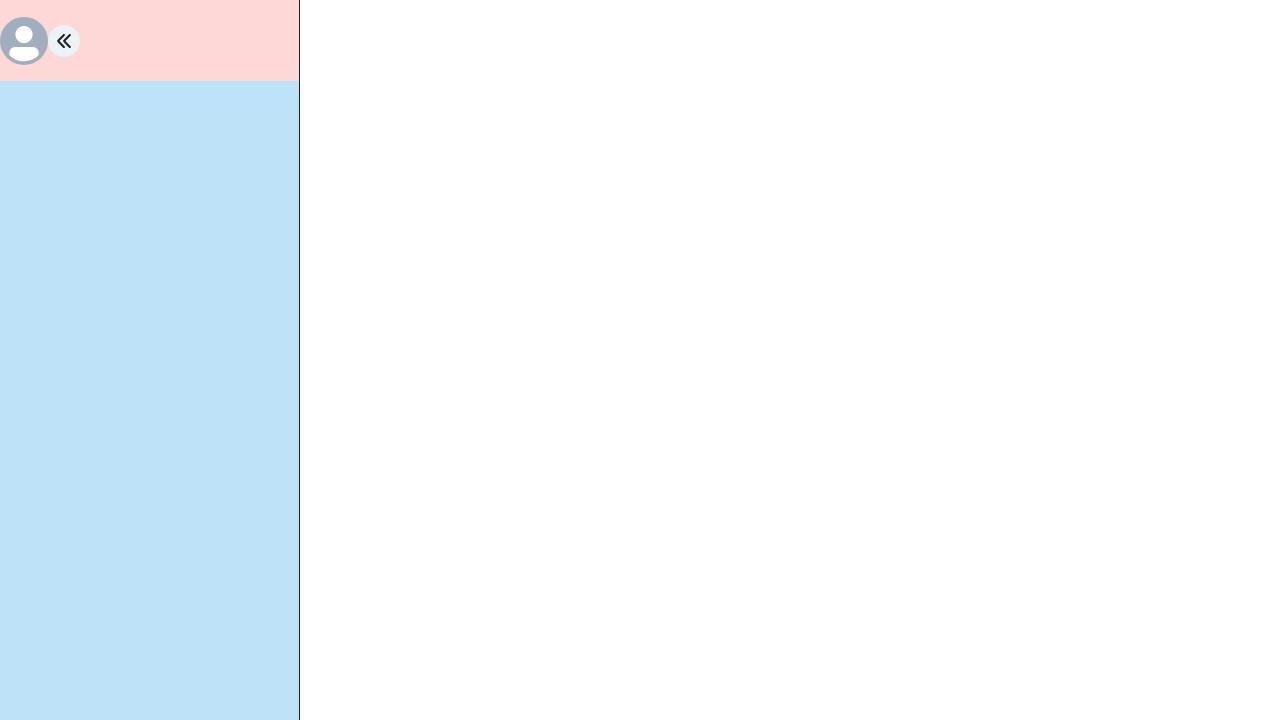
Repository: Siva20021/chat-app
Page: /
An editor plug-in stored every save of this project. The page is shown before and after a run of saves, followed by the edit.
The browser window is 1280 px wide. The pictures show the whole page.
The project was rebuilt for these pictures with package versions that can differ from the ones it lists, and the page was loaded fresh each time. The framework's server and built-in components were replaced by stand-ins that run in the browser. Also part of the build but not shown: next.config.js, components/Login.js.

Above is the page before, as saved 2022-06-05 11:58:12.

After the next 4 saves:
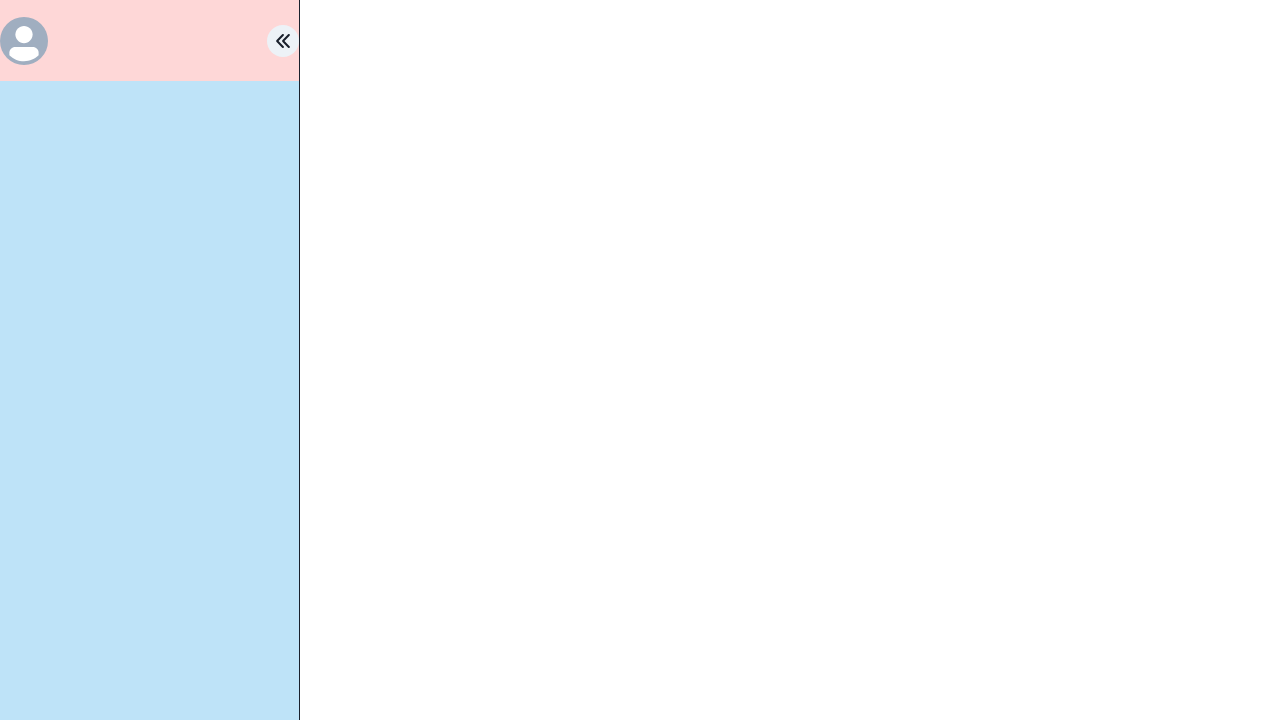
The 4 saves are shown as one change because 1 did not build or start and some came seconds apart.
The last was saved 24 s later.
--- a/components/Sidebar.js
+++ b/components/Sidebar.js
@@ -15,6 +15,7 @@ export default function Sidebar() {
             bg="red.100"
             h="81px" w="100%"
             align="center"
+            justifyContent="space-between"
         >
             <Avatar src=""/>
             <IconButton size="sm" isRound icon={<ArrowLeftIcon/>}/>
